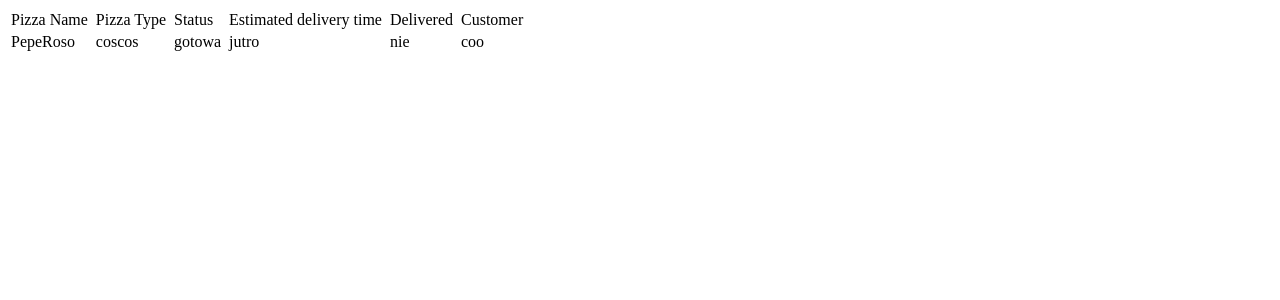
Repository: wisni4k/html-trainee
Page: testWeb/WebContent/OrdersList.html
The author's editor kept a copy of each file at every save. The page is drawn from the files as they stood at one save, then again after the next save.
The browser window is 1280 px wide. The pictures show the whole page.

Above is the page before, as saved 2015-07-10 11:50:19.

After the next save:
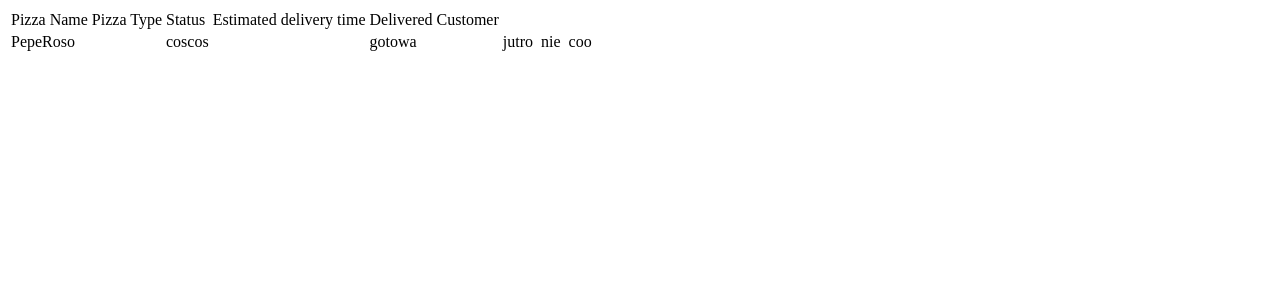
Saved 79 s later.
--- a/testWeb/WebContent/OrdersList.html
+++ b/testWeb/WebContent/OrdersList.html
@@ -8,12 +8,12 @@
 
 	<table>
 		<tr>
-			<b></b><td>Pizza Name<td></td>
-			<td>Pizza Type<td>  </td>
-			<td>Status<td>  </td>
-			<td>Estimated delivery time<td>  </td>
-			<td>Delivered<td>  </td>
-			<td>Customer<td>  </td></td><b>
+			<b><td>Pizza Name</td>
+			<td>Pizza Type  </td>
+			<td>Status  </td>
+			<td>Estimated delivery time  </td>
+			<td>Delivered  </td>
+			<td>Customer  </td></b>
 
 		</tr>
 		<tr>
